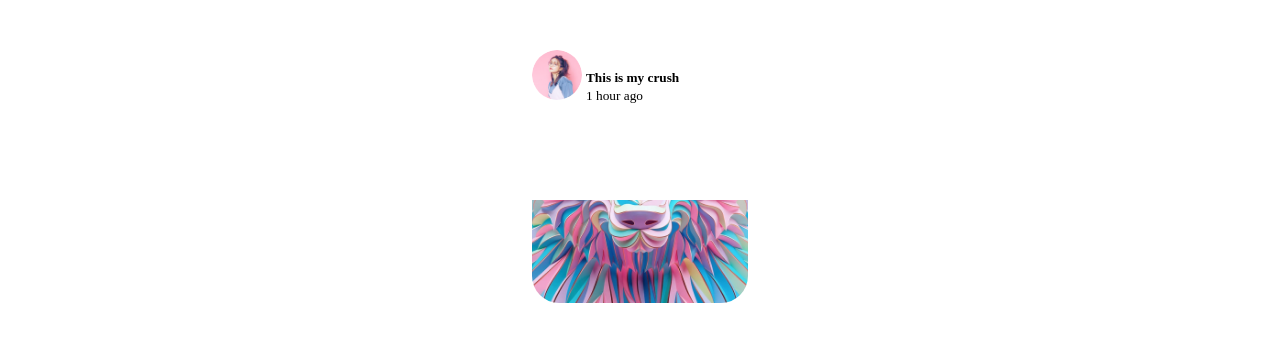
Repository: longNT0dev/C4E132
Page: SS4/index.html
An editor plug-in stored every save of this project. The page is shown before and after a run of saves, followed by the edit.
The browser window is 1280 px wide. The pictures show the whole page.

Above is the page before, as saved 2022-10-02 21:51:29.

### SS4/index.html
<!DOCTYPE html>
<html lang="en">
  <head>
    <meta charset="UTF-8" />
    <meta http-equiv="X-UA-Compatible" content="IE=edge" />
    <meta name="viewport" content="width=device-width, initial-scale=1.0" />
    <link rel="stylesheet" href="style.css" />
    <title>Document</title>
  </head>
  <body>
    <div class="container">

      <div class="overlay">

        <div class="overlay-information">
          <img src="./7D7I6dI.png" />
          <div class="content">
            <h5>This is my crush</h5>
            <small>1 hour ago</small>
          </div>
        </div>

        <div class="overlay-loading"></div>

      </div>

    </div>
  </body>
</html>

### SS4/style.css
* {
    margin: 0;
    padding: 0;
    box-sizing: border-box;
}

.container {
    width: 216px;
    height: 253px;
    margin: 50px auto;
    background-image: url("oYiTqum.jpg");
    background-position: center;
    background-size: cover;
    border-radius: 27px;
    position: relative;
}

.overlay {
    position: absolute;
    top: 0;
    left: 0;
    width: 100%;
    height: 150px;
    background-color: white;
}

.overlay-information {
    height: 40%;
}

.overlay-information img {
    width: 50px;
    height: 50px;
    border-radius: 50%;
}

.overlay-information .content {
   display: inline-block;
}



.overlay-loading {
    height: 60%;
}



/* position

    relative: Dịch chuyển khối so với vị trí ban đầu
    absolute: Dịch chuyển khối so với góc trên bên trái của cha hoặc của trình duyệt
-> 2 điều kiện (chứa thẻ con  + phải có thuộc tính relative hoặc absolute)

    fixed
    sticky
*/
    /* top left right bottom  */

After the next 5 saves:
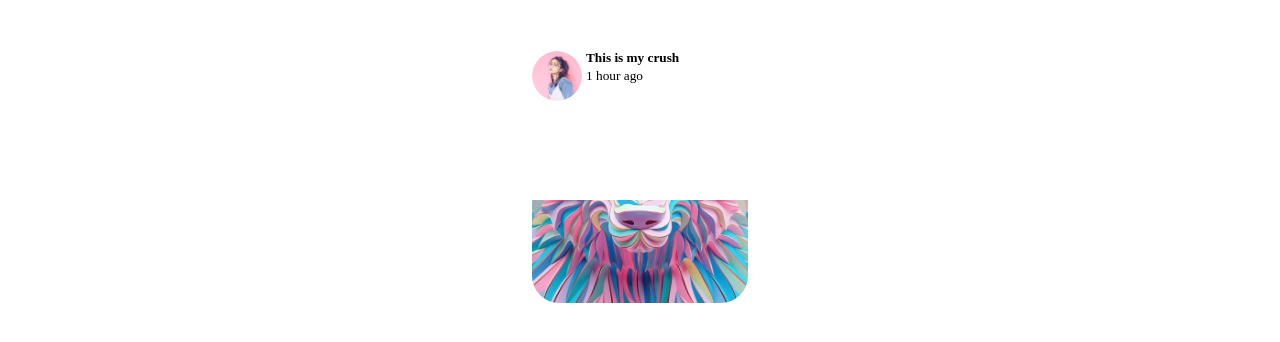
The 5 saves are shown as one change because they came seconds apart.
The last was saved 79 s later.
--- a/SS4/style.css
+++ b/SS4/style.css
@@ -32,6 +32,7 @@
     width: 50px;
     height: 50px;
     border-radius: 50%;
+    vertical-align: middle;
 }
 
 .overlay-information .content {
